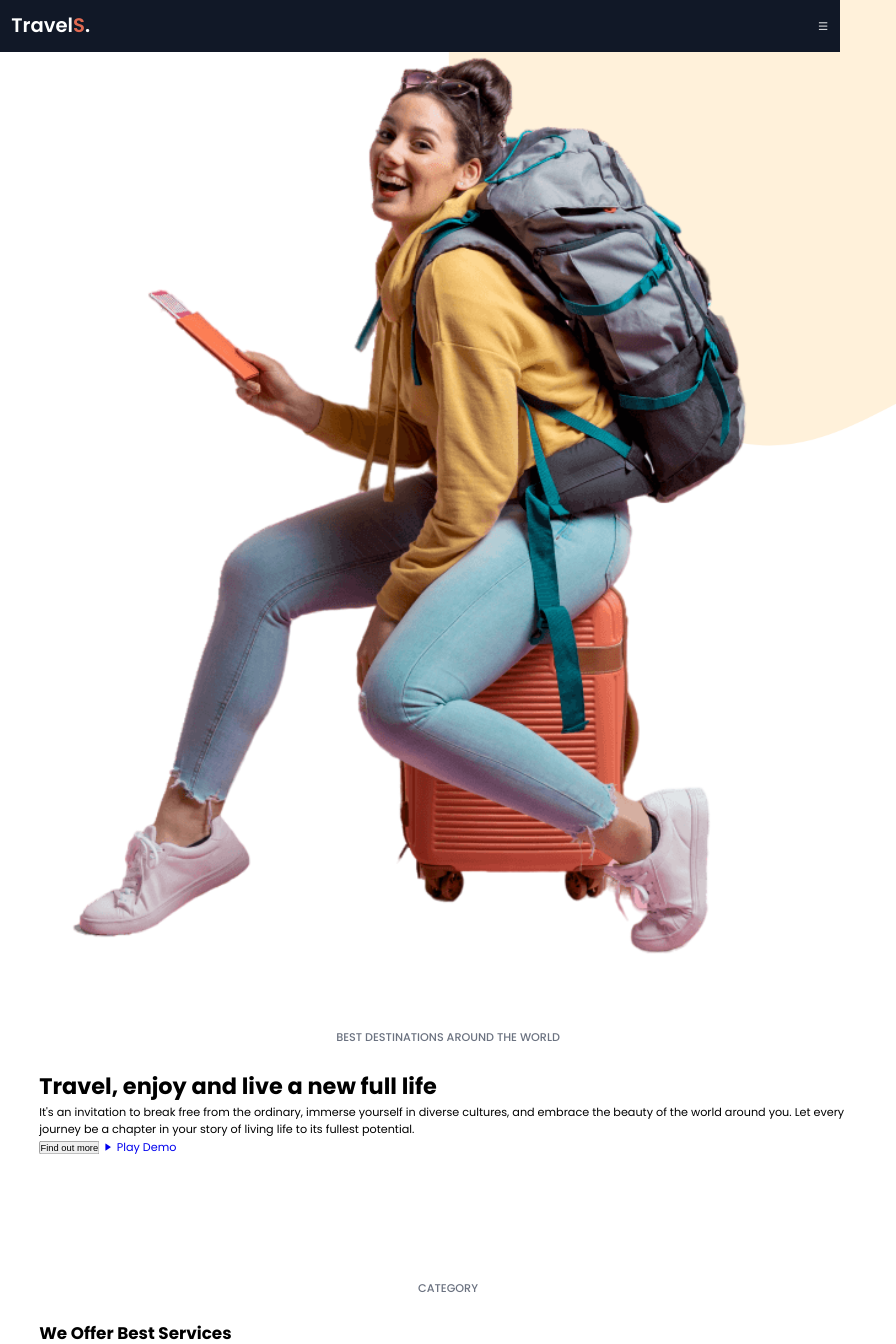
Repository: ntandomagana/travel-website
Page: index.html
These files come from the project's save history. The page is drawn as it stood at one moment and after the next save; the edit follows.
The browser window is 1280 px wide. The pictures show the part of the page from y = 0 to 1920 px (the page is 11773 px tall before and 11673 px after), at 70% of full size.

Above is the page before, as saved 2024-05-07 09:29:24.

### index.html
<!DOCTYPE html>
<html lang="en">
  <head>
    <meta charset="UTF-8" />
    <meta name="viewport" content="width=device-width, initial-scale=1.0" />
    <link
      href="https://cdn.jsdelivr.net/npm/remixicon@4.2.0/fonts/remixicon.css"
      rel="stylesheet"
    />
    <link
      rel="stylesheet"
      href="https://cdn.jsdelivr.net/npm/swiper@11/swiper-bundle.min.css"
    />
    <link rel="stylesheet" href="style.css" />
    <title>Travel Website</title>
  </head>
  <body>
    <nav>
      <div class="nav-header">
        <div class="logo">
          <a href="#" class="logo">Travel<span>S</span>.</a>
        </div>
        <div class="nav-menu-btn" id="menu-btn">
          <i class="ri-menu-line"></i>
        </div>
      </div>

      <ul class="nav-links" id="nav-links">
        <li><a href="#home">Home</a></li>
        <li><a href="#service">Services</a></li>
        <li><a href="#destination">Destinations</a></li>
        <li><a href="#trips">Trips</a></li>
        <li><a href="#client">Clients</a></li>
      </ul>
    </nav>

    <header class="section-container header-container" id="home">
      <div class="header-image">
        <img src="assets/header.png" alt="header" />
      </div>
      <div class="header-content">
        <h3 class="section-subheader">BEST DESTINATIONS AROUND THE WORLD</h3>
        <h1>Travel, enjoy and live a new full life</h1>
        <p>
          It's an invitation to break free from the ordinary, immerse yourself
          in diverse cultures, and embrace the beauty of the world around you.
          Let every journey be a chapter in your story of living life to its
          fullest potential.
        </p>
        <div class="header-btns">
          <button class="btn">Find out more</button>
          <a href="#">
            <span><i class="ri-play-fill"></i></span>
            Play Demo
          </a>
        </div>
      </div>
    </header>

    <section class="section-container service-container" id="service">
      <h3 class="section-subheader">CATEGORY</h3>
      <h2 class="section-header">We Offer Best Services</h2>
      <div class="service-grid">
        <div class="service-card">
          <img src="assets/weather.png" alt="service" />
          <h4>Calculated Weather</h4>
          <p>
            Stay ahead of your travels with precise weather forecasts tailored
            to your destination's conditions.
          </p>
        </div>
        <div class="service-card">
          <img src="assets/customisation.png" alt="service" />
          <h4>Customizations</h4>
          <p>
            Tailor your journey with personalized customizations, ensuring every
            detail reflects your unique travel style.
          </p>
        </div>
      </div>
    </section>

    <section class="section-container destination-container" id="destination">
      <h3 class="section-subheader">TOP SELLING</h3>
      <h2 class="section-header">Top Destinations</h2>
      <div class="destination-grid">
        <div class="destination-card">
          <img src="assets/destination-1.jpg" alt="destination" />
          <div class="destination-details">
            <div>
              <h4>Rome, Italy</h4>
              <h4>$5.42k</h4>
            </div>
            <p>
              <span><i class="ri-navigation-fill"></i></span>
              10 days trip
            </p>
          </div>
        </div>
        <div class="destination-card">
          <img src="assets/destination-3.jpg" alt="destination" />
          <div class="destination-details">
            <div>
              <h4>Full Europe</h4>
              <h4>$15k</h4>
            </div>
            <p>
              <span><i class="ri-navigation-fill"></i></span>
              28 Days Trip
            </p>
          </div>
        </div>
      </div>
    </section>

    <section class="section-container trip-container" id="trip">
      <div class="trip-image">
        <img src="assets/trip.png" />
      </div>
      <div class="trip-content">
        <h3 class="section-subheader">EASY & FAST</h3>
        <h2 class="section-header">Book Your Next Trip in 3 Easy Steps</h2>
        <ul class="trip-list">
          <li>
            <span><i class="ri-signpost-line"></i></span>
            <div>
              <h4>Choose Destination</h4>
              <p>
                Choose your dream destination from our curated selection of
                exotic locales, bustling cities, and serene getaways.
              </p>
            </div>
          </li>

          <li>
            <span><i class="ri-secure-payment-line"></i></span>
            <div>
              <h4>Reach Airport on Selected Date</h4>
              <p>
                Prepare for takeoff as you finalize your travel plans, arriving
                at the airport on your selected date ready to embark on your
                next unforgettable journey.
              </p>
            </div>
          </li>
        </ul>
      </div>
    </section>

    <section class="section-container clinet-container" id="client">
      <div class="client-content">
        <h3 class="section-subheader">TESTIMONIALS</h3>
        <h2 class="section-header">What People Say About Us</h2>
      </div>
      <div class="client-swiper">
        <!--Slider main container-->
        <div class="swiper">
          <!--Additional required wrapper-->
          <div class="swiper-wrapper">
            <!--Slides-->
            <div class="swiper-slide">
              <div class="client-card">
                <img src="assets/client-1.jpg" alt="client" />
                <div class="client-card-content">
                  <p>
                    Booking my trips through this platform has been a
                    game-changer! From the intuitive interface to the seamless
                    booking process, I've never felt more excited to explore new
                    destinations.
                  </p>
                  <h4>Emily Watson</h4>
                  <h5>Travel Enthusiast</h5>
                </div>
              </div>
            </div>
            <div class="swiper-slide">
              <div class="client-card">
                <img src="assets/client-2.jpg" alt="client" />
                <div class="client-card-content">
                  <p>
                    As a busy professional, time is of the essence. This website
                    made planning my vacation a breeze, allowing me to focus on
                    what matters most: making memories with my family.
                  </p>
                  <h4>David Nguyen</h4>
                  <h5>Business Executive</h5>
                </div>
              </div>
            </div>

            <div class="swiper-slide">
              <div class="client-card">
                <img src="assets/client-3.jpg" alt="client" />
                <div class="client-card-content">
                  <p>
                    I've been using this service for years, and it never
                    disappoints. The convenience of booking my flights,
                    accommodations, and activities all in one place saves me
                    time and stress every trip.
                  </p>
                  <h4>Michael Johnson</h4>
                  <h5>Frequent Flyer</h5>
                </div>
              </div>
            </div>
          </div>
        </div>
      </div>
    </section>

    <footer class="footer">
      <div class="section-container footer-container">
        <div class="footer-col">
          <div class="footer-logo">
            <a href="#" class="logo">Travel<span>S</span>.</a>
          </div>
          <p>
            Our platform is your passport to seamless adventures, offering a
            curated selection of destinations and a user-friendly booking
            experience.
          </p>
        </div>
        <div class="footer-col">
            <h4>Company</h4>
            <ul class="footer-links">
                <li><a href="#">About</a></li>
                <li><a href="#">Careers</a></li>
                <li><a href="#">Mobile</a></li>
            </ul>
        </div>
        <div class="footer-col">
          <h4>Contact</h4>
          <ul class="footer-links">
            <li><a href="#">Help/FAQ</a></li>
            <li><a href="#">Press</a></li>
            <li><a href="#">Affiliates</a></li>
          </ul>
        </div>
        <div class="footer-col">
          <ul class="footer-socials">
            <li>
              <a href="#"><i class="ri-facebook-fill"></i></a>
            </li>
            <li>
              <a href="#"><i class="ri-instagram-line"></i></a>
            </li>
            <li>
              <a href="#"><i class="ri-twitter-fill"></i></a>
            </li>
          </ul>
          <h5>Discover our app</h5>
          <div class="footer-discover">
            <a href="#"><img src="assets/google-play.jpg" alt="discover" /></a>
            <a href="#"><img src="assets/app-store.jpg" alt="discover" /></a>
          </div>
        </div>
      </div>
      <div class="footer-bar">
        Copyright © 2024 TravelS. All rights reserved.
      </div>
    </footer>

    <script src="https://unpkg.com/scrollreveal"></script>
    <script src="https://cdn.jsdelivr.net/npm/swiper@11/swiper-bundle.min.js"></script>
    <script src="main.js"></script>

      </div>

    </footer>
  </body>
</html>

### style.css
@import url("https://fonts.googleapis.com/css2?family=Poppins:ital,wght@0,100;0,200;0,300;0,400;0,500;0,600;0,700;0,800;0,900;1,100;1,200;1,300;1,400;1,500;1,600;1,700;1,800;1,900&display=swap");

:root {
  --primary-color: #e06951;
  --text-dark: #111827;
  --text-light: #6b7280;
  --white: #ffffff;
  --max-width: 1200px;
}

* {
  padding: 0;
  margin: 0;
  box-sizing: border-box;
}

html,
body {
    scroll-behavior: smooth;
}

body {
    font-family: "Poppins", sans-serif;
    background-image: url(assets/header-bg.png);
    background-size: contain;
    background-position: top center;
    background-repeat: no-repeat;
}

nav {
    position: fixed;
    isolation: isolate;
    width: 100%;
    max-width: var(--max-width);
    margin-inline: auto;
    z-index: 9;
}

.nav-header {
    padding: 1rem;
    width: 100%;
    display: flex;
    align-items: center;
    justify-content: space-between;
    background-color: var(--text-dark);
}

.nav-header .logo  {
    color: var(--white);
}

.nav-menu-btn {
    font-size: 1rem;
    color: var(--white);
    cursor: pointer;
}

.nav-links {
    position: absolute;
    top: 65px;
    left: 0;
    width: 100%;
    list-style: none;
    display: flex;
    align-items: center;
    justify-content: center;
    flex-direction: column;
    gap: 2rem;
    padding: 2rem;
    background-color: var(--text-dark);
    transition: 0.5s;
    z-index: -1;
    transform: translateY(-100%);
}

.nav-links.open {
    transform: translateY(0);
}

.nav-links a {
    font-weight: 500;
    white-space: nowrap;
    color: var(--white);
}

.nav-links a:hover {
    color: var(--primary-color);
}

.header-container {
    display: grid;
    gap: 2rem;
    overflow: hidden;
}




.section-container {
  max-width: var(--max-width);
  margin: auto;
  padding: 5rem 1rem;
}

.section-subheader {
  margin-bottom: 1rem;
  font-size: 1rem;
  font-weight: 500;
  line-height: 3.75rem;
  color: var(--text-light);
  text-align: center;
}

.logo {
  font-size: 1.75rem;
  font-weight: 600;
  color: var(--text-dark);
}

.logo span {
  color: var(--primary-color);
}

img {
  display: flex;
  width: 100%;
}

a {
    text-decoration: none;
    transition: 0.4s;
}

ul {
    list-style: none;
}

Loaded but not shown: main.js (no copy from this time; the picture is the same without it)

After the next save:
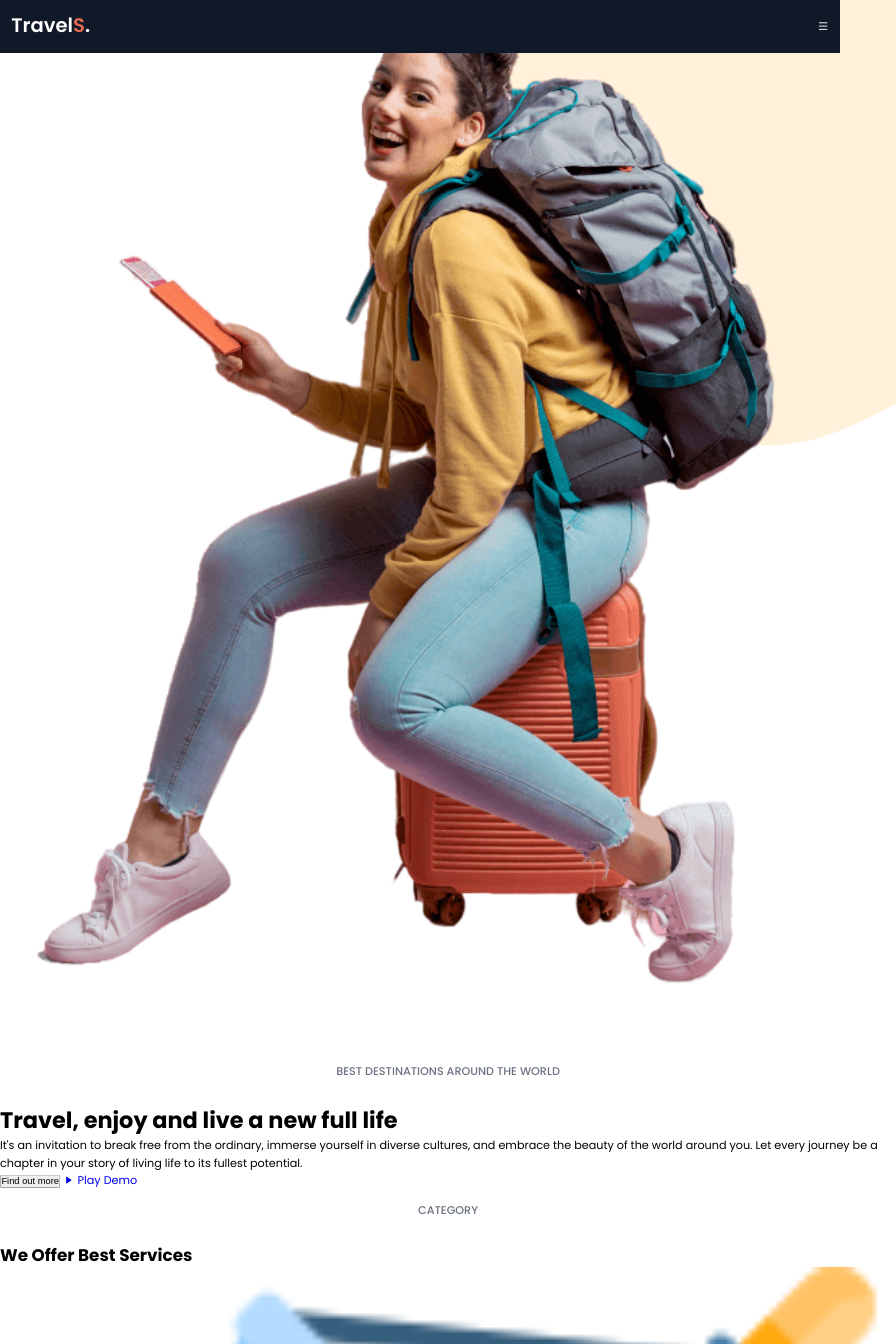
Saved 8 s later.
--- a/style.css
+++ b/style.css
@@ -93,6 +93,7 @@
     overflow: hidden;
 }
 
+.header
 
 
 

After the save that followed:
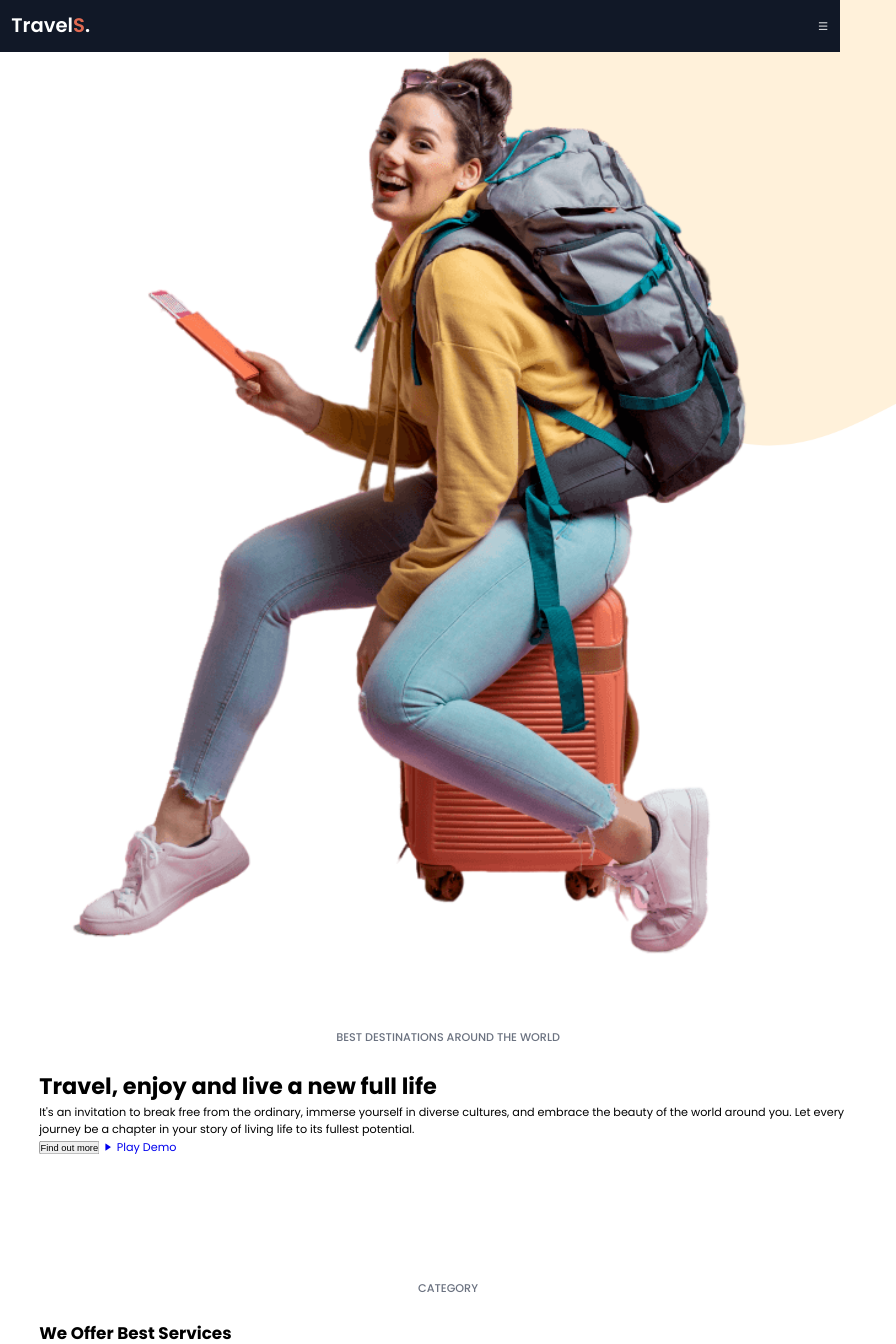
Saved 6 s later.
--- a/style.css
+++ b/style.css
@@ -93,7 +93,9 @@
     overflow: hidden;
 }
 
-.header
+.header-image img {
+
+}
 
 
 
